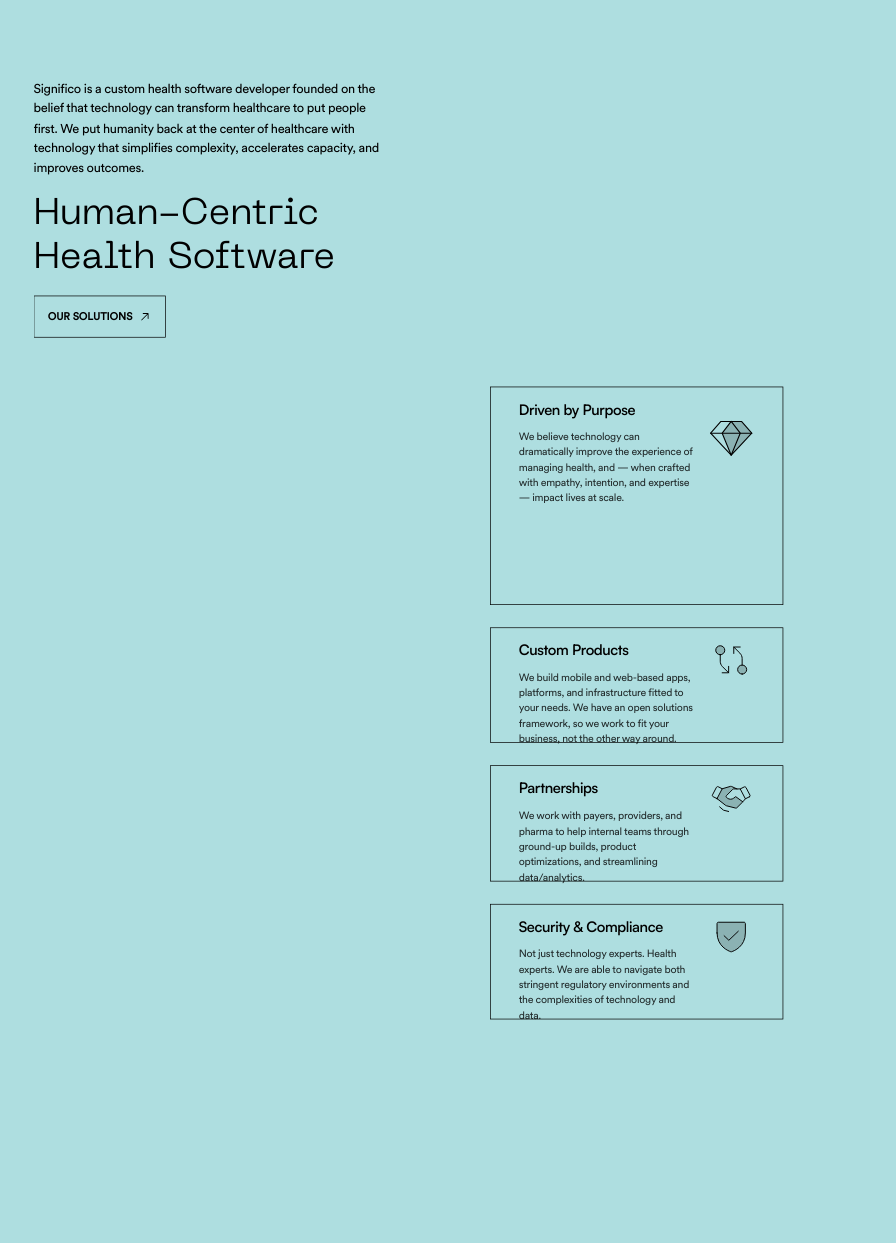
Repository: nikhilsinghrathore1/CAC_Ki_Majdoori
Page: /
An editor plug-in stored every save of this project. The page is shown before and after the next save, followed by the edit.
The browser window is 1280 px wide. The pictures show the part of the page from y = 816 to 2736 px (the page is 2592 px tall before and 2736 px after), at 70% of full size.
The project was rebuilt for these pictures with package versions that can differ from the ones it lists, and the page was loaded fresh each time. Also part of the build but not shown: vite.config.ts.

Above is the page before, as saved 2024-07-25 10:41:38.

### index.html
<!doctype html>
<html lang="en">
  <head>
    <meta charset="UTF-8" />
    <link rel="icon" type="image/svg+xml" href="/vite.svg" />
    <meta name="viewport" content="width=device-width, initial-scale=1.0" />
    <title>CAC Not hopefully test draft</title>
  </head>
  <body>
    <div id="root"></div>
    <script type="module" src="/src/main.tsx"></script>
  </body>
</html>

### src/App.tsx

import './App.css'
import Landing from './Pages/Landing'
import SecondTest from './Pages/SecondTest'
import ThirdTest from './Pages/ThirdTest'

function App() {

  return (
    <>
      <Landing/>
      <SecondTest/>
      <ThirdTest/>
    </>
  )
}

export default App

### src/index.css
@tailwind base;
@tailwind components;
@tailwind utilities;

/* Hide scrollbar for Chrome, Safari and Opera */
*::-webkit-scrollbar {
            width: 3px;


}

### src/App.css
@font-face {
  font-family: font1;
  src: url("/PPNeueMontreal-Regular.ttf");
}

@font-face {
  font-family: font2;
  src: url("/659dbdfd5a080be8d3483173_Satoshi-Variable.ttf");
}
 @font-face {
  font-family: font4;
  src: url("/public/CircularXXWeb-Book.ttf");
}
@font-face {
  font-family: font3;
  src: url("/659dbdfd5a080be8d348316e_PP\ Neue\ Machina\ Inktrap\ Medium.ttf");
}
@font-face {
  font-family: font5;
  src: url("/public/659dbdfd5a080be8d348316f_PPNeueMachina_\ Light.ttf");
}

.f1{
  font-family: font1;
}
.f2{
  font-family: font2;
}

.f3{
  font-family: font3;
}
.f4{
  font-family: font4;
}
.f5{
  font-family: font5;
}
.transi{
  transition: all 0.5s ease-out;
}

### src/Pages/SecondTest.tsx
import React from 'react'
import Marquee from '../components/Marquee'

const SecondTest = () => {
  return (
               <>

               <div className='w-full h-screen bg-[#AEDEE0] relative   '>

               <div className='w-full text-center f2 font-semibold text-[23.5px] leading-none pt-[90px] tracking-wide'>
                 <h1 className='mb-4'>We foster growth through success</h1>
                 <h1>that is more than just a club:</h1>
               </div>

<div className='absolute top-[55%] left-1/2 -translate-x-1/2 -translate-y-1/2 w-full whitespace-nowrap overflow-hidden '>
               <Marquee text={["emphatatic" ,"useful","intuitive" , "nikoChan"]} dist={20}/>
               <Marquee text={["emphatatic" ,"useful","intuitive" , "nikoChan"]} dist={40}/>
               <Marquee text={["emphatatic" ,"useful","intuitive" , "nikoChan"]} dist={30}/>
               <Marquee text={["emphatatic" ,"useful","intuitive" , "nikoChan"]} dist={80}/>

</div>
</div>
</>
  )
}

export default SecondTest

### src/Pages/ThirdTest.tsx
import React from 'react'
import { GoArrowUpRight } from "react-icons/go";
import InsideAbout from '../components/InsideAbout';


const ThirdTest = () => {
  return (
    <div className='w-full h-[260vh] justify-between bg-[#AEDEE0] flex items-start px-12'>
               <div className='w-[41.9%] mt-20 pt-32 sticky top-0'>
                           <p className='f4 text-[1.14rem] font-normal tracking-tight leading-[1.78rem]'>Significo is a custom health software developer founded on the belief that technology can transform healthcare to put people first. We put humanity back at the center of healthcare with technology that simplifies complexity, accelerates capacity, and improves outcomes. </p>

                           <h1 className='f5 text-[3.3rem] mt-5 leading-[4rem]'>Human-Centric Health Software</h1>

                           <div className='w-[38%] h-[60px] mt-5 border border-black font-semibold uppercase flex items-center gap-2 text-[15px]  f4 justify-center'>
                              <h1 className='flex items-center gap-2'>our Solutions <GoArrowUpRight className='text-[1.2rem] '/></h1>
                           </div>
               </div>
               <div className='w-[50%]   h-full pt-[90vh] pl-12'>
                              <div className=' w-[77%] origin-center ml-3  transition-all  pt-4  flex justify-between gap-4 px-10 border border-black h-[25.5%]'>
                                            <InsideAbout mainText={"Driven by Purpose"} para={"We believe technology can dramatically improve the experience of managing health, and — when crafted with empathy, intention, and expertise — impact lives at scale."} svg={<svg width="100%" height="38%" viewBox="0 0 64 64" fill="none" xmlns="http://www.w3.org/2000/svg">
<path opacity="0.2" d="M45.9998 10H31.9998L19.7271 26L31.9998 56L59.9998 26L45.9998 10Z" fill="currentColor"></path>
<path d="M18 10H46L60 26L32 56L4 26L18 10Z" stroke="currentColor" stroke-width="1.5" stroke-linecap="round" stroke-linejoin="round"></path>
<path d="M44.2726 26L31.9998 56L19.7271 26L31.9998 10L44.2726 26Z" stroke="currentColor" stroke-width="1.5" stroke-linecap="round" stroke-linejoin="round"></path>
<path d="M4 26H60" stroke="currentColor" stroke-width="1.5" stroke-linecap="round" stroke-linejoin="round"></path>
</svg>}/>

                              </div>
                              <div className=' w-[77%] mt-8 origin-center ml-3  transition-all  pt-4  flex justify-between gap-4 px-10 border border-black h-[13.5%]'>
                                            <InsideAbout mainText={"Custom Products"} para={"We build mobile and web-based apps, platforms, and infrastructure fitted to your needs. We have an open solutions framework, so we work to fit your business, not the other way around."} svg={<svg width="100%" height="40%" viewBox="0 0 64 64" fill="none" xmlns="http://www.w3.org/2000/svg">
<path opacity="0.2" d="M49.0005 54C52.8665 54 56.0005 50.866 56.0005 47C56.0005 43.134 52.8665 40 49.0005 40C45.1345 40 42.0005 43.134 42.0005 47C42.0005 50.866 45.1345 54 49.0005 54Z" fill="currentColor"></path>
<path opacity="0.2" d="M15 24C18.866 24 22 20.866 22 17C22 13.134 18.866 10 15 10C11.134 10 8 13.134 8 17C8 20.866 11.134 24 15 24Z" fill="currentColor"></path>
<path d="M49.0005 54C52.8665 54 56.0005 50.866 56.0005 47C56.0005 43.134 52.8665 40 49.0005 40C45.1345 40 42.0005 43.134 42.0005 47C42.0005 50.866 45.1345 54 49.0005 54Z" stroke="currentColor" stroke-width="1.5" stroke-linecap="round" stroke-linejoin="round"></path>
<path d="M49.0006 40L49.0002 29.9703C49.0001 26.7878 47.7358 23.7358 45.4855 21.4855L36 12" stroke="currentColor" stroke-width="1.5" stroke-linecap="round" stroke-linejoin="round"></path>
<path d="M36 22V12H46" stroke="currentColor" stroke-width="1.5" stroke-linecap="round" stroke-linejoin="round"></path>
<path d="M15 24C18.866 24 22 20.866 22 17C22 13.134 18.866 10 15 10C11.134 10 8 13.134 8 17C8 20.866 11.134 24 15 24Z" stroke="currentColor" stroke-width="1.5" stroke-linecap="round" stroke-linejoin="round"></path>
<path d="M15 24L15.0004 34.0297C15.0005 37.2122 16.2648 40.2642 18.5151 42.5145L28.0006 52" stroke="currentColor" stroke-width="1.5" stroke-linecap="round" stroke-linejoin="round"></path>
<path d="M28.0003 42V52H18.0003" stroke="currentColor" stroke-width="1.5" stroke-linecap="round" stroke-linejoin="round"></path>
</svg>}/>

                              </div>
                              <div className=' w-[77%] mt-8 origin-center ml-3  transition-all  pt-4  flex justify-between gap-4 px-10 border border-black h-[13.5%]'>
                                            <InsideAbout mainText={"Partnerships"} para={"We work with payers, providers, and pharma to help internal teams through ground-up builds, product optimizations, and streamlining data/analytics."} svg={<svg width="100%" height="40%" viewBox="0 0 64 64" fill="none" xmlns="http://www.w3.org/2000/svg">
<path opacity="0.2" d="M50 38.2155L40.8007 47.4147C40.5565 47.659 40.2532 47.8358 39.9204 47.928C39.5875 48.0201 39.2365 48.0246 38.9014 47.9408L24.4122 44.3185C24.1404 44.2506 23.886 44.1263 23.6653 43.9537L10 33.268L18.1436 17.9475L30.9736 14.2071C31.4319 14.0735 31.9229 14.1082 32.3578 14.3051L41 18.2155H35.8284C35.5658 18.2155 35.3057 18.2672 35.0631 18.3677C34.8204 18.4682 34.5999 18.6155 34.4142 18.8012L24.6306 28.5848C24.428 28.7875 24.2713 29.0313 24.1711 29.2997C24.0709 29.5682 24.0295 29.855 24.0498 30.1408C24.0702 30.4267 24.1517 30.7048 24.2888 30.9564C24.426 31.208 24.6156 31.4271 24.8448 31.5991L26.2 32.6155C27.5848 33.654 29.269 34.2155 31 34.2155C32.731 34.2155 34.4152 33.654 35.8 32.6155L39 30.2155L50 38.2155Z" fill="currentColor"></path>
<path d="M60.1794 30.4462L54 33.5359L46 18.2154L52.2423 15.0942C52.7113 14.8597 53.2536 14.8188 53.7525 14.9802C54.2514 15.1416 54.6669 15.4925 54.9096 15.9573L61.0578 27.7316C61.1808 27.967 61.2556 28.2246 61.2779 28.4892C61.3002 28.7539 61.2696 29.0204 61.1878 29.2731C61.1061 29.5258 60.9748 29.7596 60.8016 29.9611C60.6285 30.1625 60.417 30.3274 60.1794 30.4462V30.4462Z" stroke="currentColor" stroke-width="1.5" stroke-linecap="round" stroke-linejoin="round"></path>
<path d="M10.0011 33.2681L3.8217 30.1784C3.58414 30.0596 3.37261 29.8947 3.19947 29.6932C3.02633 29.4918 2.89504 29.258 2.81327 29.0052C2.7315 28.7525 2.70088 28.4861 2.7232 28.2214C2.74552 27.9568 2.82033 27.6992 2.94327 27.4638L9.09151 15.6895C9.33421 15.2247 9.74973 14.8738 10.2486 14.7124C10.7475 14.551 11.2898 14.5919 11.7588 14.8264L18.0011 17.9475L10.0011 33.2681Z" stroke="currentColor" stroke-width="1.5" stroke-linecap="round" stroke-linejoin="round"></path>
<path d="M54 33.5359L50 38.2154L40.8007 47.4147C40.5565 47.6589 40.2532 47.8357 39.9204 47.9279C39.5875 48.0201 39.2365 48.0245 38.9014 47.9407L24.4122 44.3184C24.1404 44.2505 23.886 44.1262 23.6653 43.9537L10 33.2679" stroke="currentColor" stroke-width="1.5" stroke-linecap="round" stroke-linejoin="round"></path>
<path d="M50 38.2155L39 30.2155L35.8 32.6155C34.4152 33.654 32.7309 34.2155 31 34.2155C29.269 34.2155 27.5848 33.654 26.2 32.6155L24.8448 31.5991C24.6156 31.4271 24.4259 31.208 24.2888 30.9564C24.1516 30.7048 24.0701 30.4267 24.0498 30.1408C24.0295 29.855 24.0709 29.5682 24.1711 29.2997C24.2713 29.0313 24.428 28.7875 24.6306 28.5849L34.4142 18.8012C34.5999 18.6155 34.8204 18.4682 35.063 18.3677C35.3057 18.2672 35.5658 18.2155 35.8284 18.2155H46" stroke="currentColor" stroke-width="1.5" stroke-linecap="round" stroke-linejoin="round"></path>
<path d="M18.1433 17.9475L30.9733 14.2071C31.4316 14.0735 31.9226 14.1082 32.3576 14.3051L40.9997 18.2155" stroke="currentColor" stroke-width="1.5" stroke-linecap="round" stroke-linejoin="round"></path>
<path d="M28 53.2154L20.4651 51.3317C20.1594 51.2552 19.876 51.1076 19.6381 50.9008L14 46" stroke="currentColor" stroke-width="1.5" stroke-linecap="round" stroke-linejoin="round"></path>
</svg>}/>

                              </div>
                              <div className=' w-[77%] mt-8 origin-center ml-3  transition-all  pt-4  flex justify-between gap-4 px-10 border border-black h-[13.5%]'>
                                            <InsideAbout mainText={"Security & Compliance"} para={"Not just technology experts. Health experts. We are able to navigate both stringent regulatory environments and the complexities of technology and data."} svg={<svg width="100%" height="40%" viewBox="0 0 64 64" fill="none" xmlns="http://www.w3.org/2000/svg">
<path opacity="0.2" d="M10 26.6667V12C10 11.4696 10.2107 10.9609 10.5858 10.5858C10.9609 10.2107 11.4696 10 12 10H52C52.5304 10 53.0391 10.2107 53.4142 10.5858C53.7893 10.9609 54 11.4696 54 12V26.6667C54 47.6705 36.1735 54.6292 32.6141 55.8093C32.2161 55.9463 31.7839 55.9463 31.386 55.8093C27.8265 54.6292 10 47.6705 10 26.6667Z" fill="currentColor"></path>
<path d="M10 26.6667V12C10 11.4696 10.2107 10.9609 10.5858 10.5858C10.9609 10.2107 11.4696 10 12 10H52C52.5304 10 53.0391 10.2107 53.4142 10.5858C53.7893 10.9609 54 11.4696 54 12V26.6667C54 47.6705 36.1735 54.6292 32.6141 55.8093C32.2161 55.9463 31.7839 55.9463 31.386 55.8093C27.8265 54.6292 10 47.6705 10 26.6667Z" stroke="currentColor" stroke-width="1.5" stroke-linecap="round" stroke-linejoin="round"></path>
<path d="M43 24L28.3333 38L21 31" stroke="currentColor" stroke-width="1.5" stroke-linecap="round" stroke-linejoin="round"></path>
</svg>}/>

                              </div>
               </div>
    </div>
  )
}

export default ThirdTest

### src/components/Marquee.tsx
import React from 'react'

type marqueprop ={
               text:String[]
               dist:Number
}

const Marquee = ({text , dist}:marqueprop) => {
               // console.log(dist)
  return (
    <div className={`w-full flex gap-6 items-center f3 text-[78px] leading-none`}
    style={{ transform: `translateX(-${dist}%)` }}
    >
               <div className='flex  gap-6  px-2 items-center'>
                              <h1>{text[0]}</h1>
                              <div className='w-12 mt-[0px] h-12 rounded-full'>
                                <img className='w-full  h-full object-cover' src="https://cdn.prod.website-files.com/659dbdfd5a080be8d3483164/659dbdfd5a080be8d3483184_Ellipse%20845.webp" alt="not showing" />
                              </div>
               </div>
               <div className='flex  gap-6  px-2 items-center'>
                              <h1>{text[1]}</h1>
                              <div className='w-12  mt-[0px] h-12 rounded-full'>
                                <img className='w-full  h-full object-cover' src="https://cdn.prod.website-files.com/659dbdfd5a080be8d3483164/659dbdfd5a080be8d3483183_Ellipse%20845-6.webp" alt="not showing" />
                              </div>
               </div>
               <div className='flex  gap-6  px-2 items-center'>
                              <h1>{text[2]}</h1>
                              <div className='w-12  mt-[0px] h-12 rounded-full'>
                                <img className='w-full  h-full object-cover' src="https://cdn.prod.website-files.com/659dbdfd5a080be8d3483164/659dbdfd5a080be8d348317a_Ellipse%20845-10.webp" alt="not showing" />
                              </div>
               </div>
               <div className='flex  gap-6  px-2 items-center'>
                              <h1>{text[3]}</h1>
                              <div className='w-12  mt-[0px] h-12 rounded-full'>
                                <img className='w-full  h-full object-cover' src="https://cdn.prod.website-files.com/659dbdfd5a080be8d3483164/659dbdfd5a080be8d3483195_Ellipse%20845.webp" alt="not showing" />
                              </div>
               </div>
               <div className='flex  gap-6  px-2 items-center'>
                              <h1>{text[0]}</h1>
                              <div className='w-12  mt-[0px] h-12 rounded-full'>
                                    <img className='w-full  h-full object-cover' src="https://cdn.prod.website-files.com/659dbdfd5a080be8d3483164/659dbdfd5a080be8d3483181_Ellipse%20845-5.webp" alt="not showing" />
                              </div>
               </div>
               <div className='flex  gap-6  px-2 items-center'>
                              <h1>{text[1]}</h1>
                              <div className='w-12  mt-[12px] h-12 rounded-full'>
                                <img className='w-full  h-full object-cover' src="https://cdn.prod.website-files.com/659dbdfd5a080be8d3483164/659dbdfd5a080be8d3483180_Ellipse%20845-4.webp" alt="not showing" />
                              </div>
               </div>

    </div>
  )
}

export default Marquee

### src/components/InsideAbout.tsx
import React from 'react'

const InsideAbout = ({mainText, para , svg}) => {
  return (
                 <>
                 <div className='w-[280px] h-full'>
               <h1 className='f2 text-[1.3rem] tracking-tight font-semibold'>{mainText}</h1>
               <p className='text-[15px]   f4 opacity-80 font-light tracking-tight leading-[22px] mt-3'>{para}</p>
</div>
<div className='w-[22%] h-full '>
{svg}
</div>
                 </>

  )
}

export default InsideAbout

Loaded but not shown: src/main.tsx (common file); tailwind.config.js (common file); src/Pages/Landing.tsx (262 lines, source omitted)

After the next save:
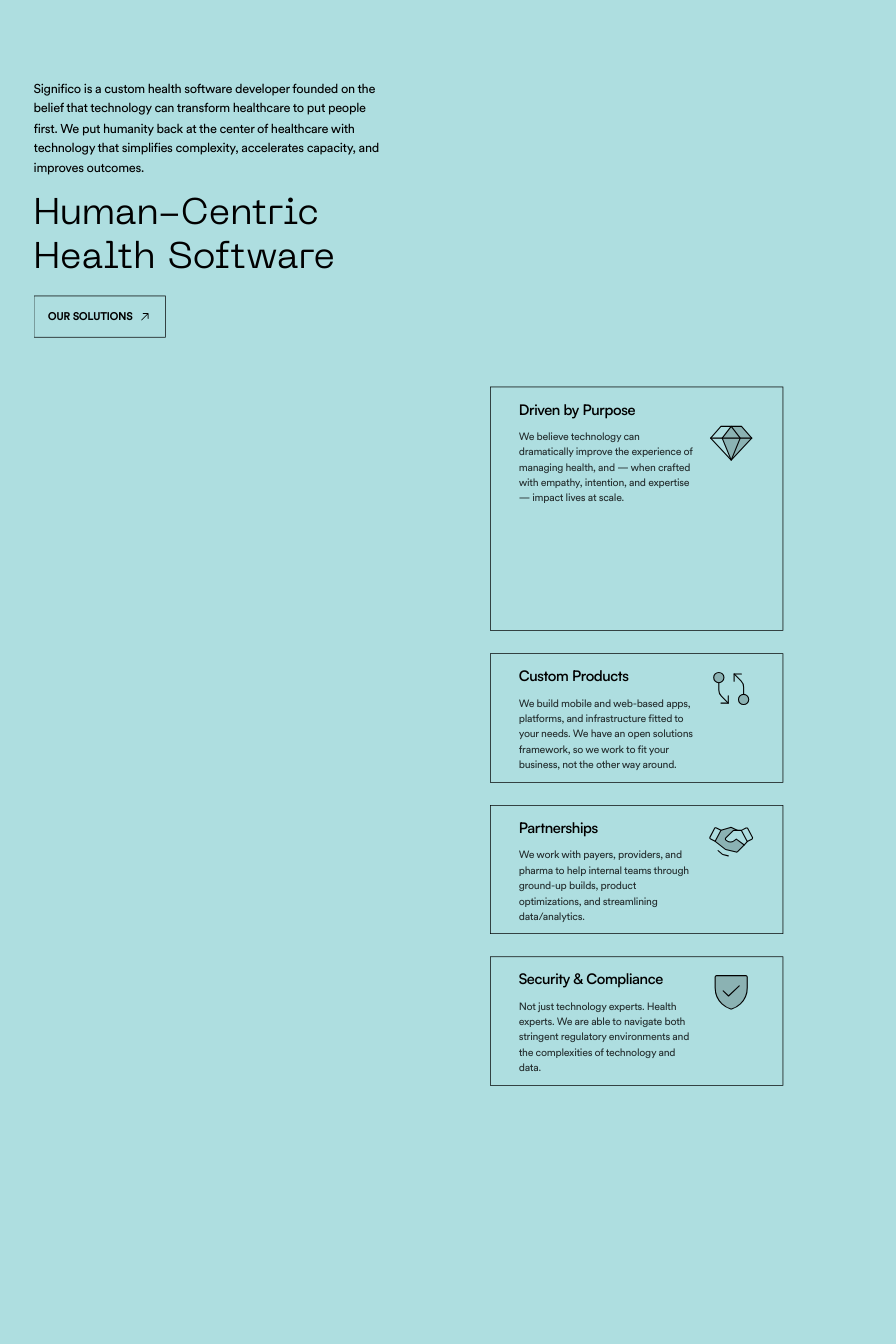
Saved 5 s later.
--- a/src/Pages/ThirdTest.tsx
+++ b/src/Pages/ThirdTest.tsx
@@ -5,7 +5,7 @@
 
 const ThirdTest = () => {
   return (
-    <div className='w-full h-[260vh] justify-between bg-[#AEDEE0] flex items-start px-12'>
+    <div className='w-full h-[280vh] justify-between bg-[#AEDEE0] flex items-start px-12'>
                <div className='w-[41.9%] mt-20 pt-32 sticky top-0'>
                            <p className='f4 text-[1.14rem] font-normal tracking-tight leading-[1.78rem]'>Significo is a custom health software developer founded on the belief that technology can transform healthcare to put people first. We put humanity back at the center of healthcare with technology that simplifies complexity, accelerates capacity, and improves outcomes. </p>
 
